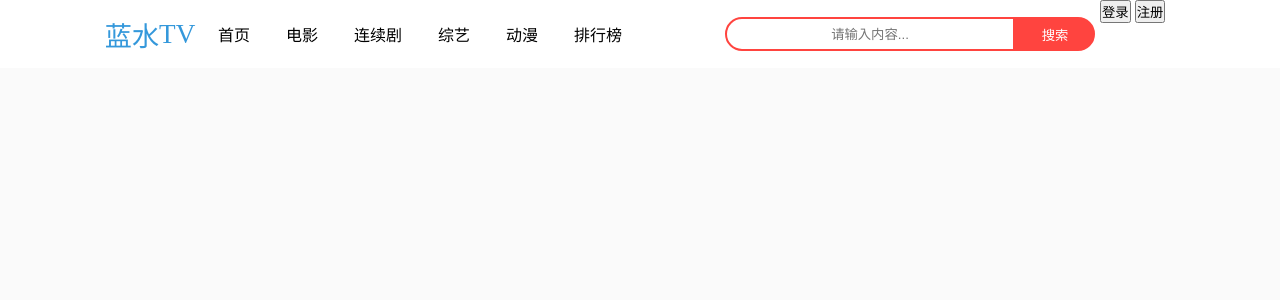
Repository: 842992406/blueWaterTV
Page: index.html
An editor plug-in stored every save of this project. The page is shown before and after the next save, followed by the edit.
The browser window is 1280 px wide. The pictures show the whole page.

Above is the page before, as saved 2022-05-05 15:59:26.

After the next save:
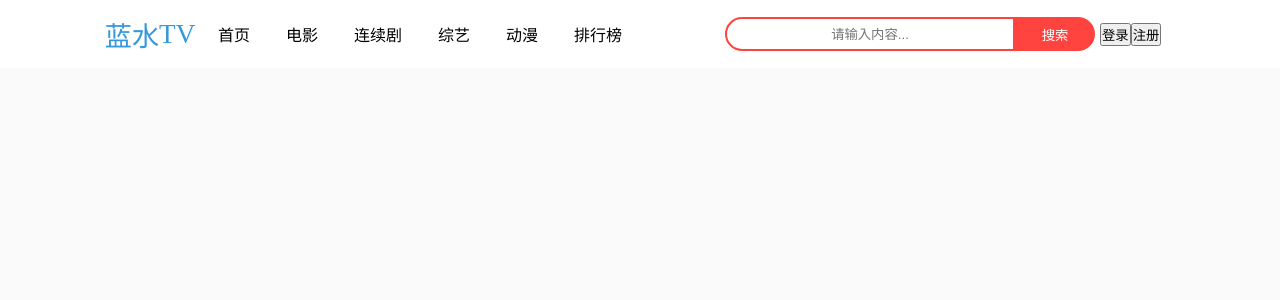
Saved 49 s later.
--- a/css/index.css
+++ b/css/index.css
@@ -108,3 +108,9 @@ header{
   outline: none;
   cursor: pointer;
 }
+
+.userLogin {
+  display: flex;
+  justify-content: center;
+  align-items: center;
+}
